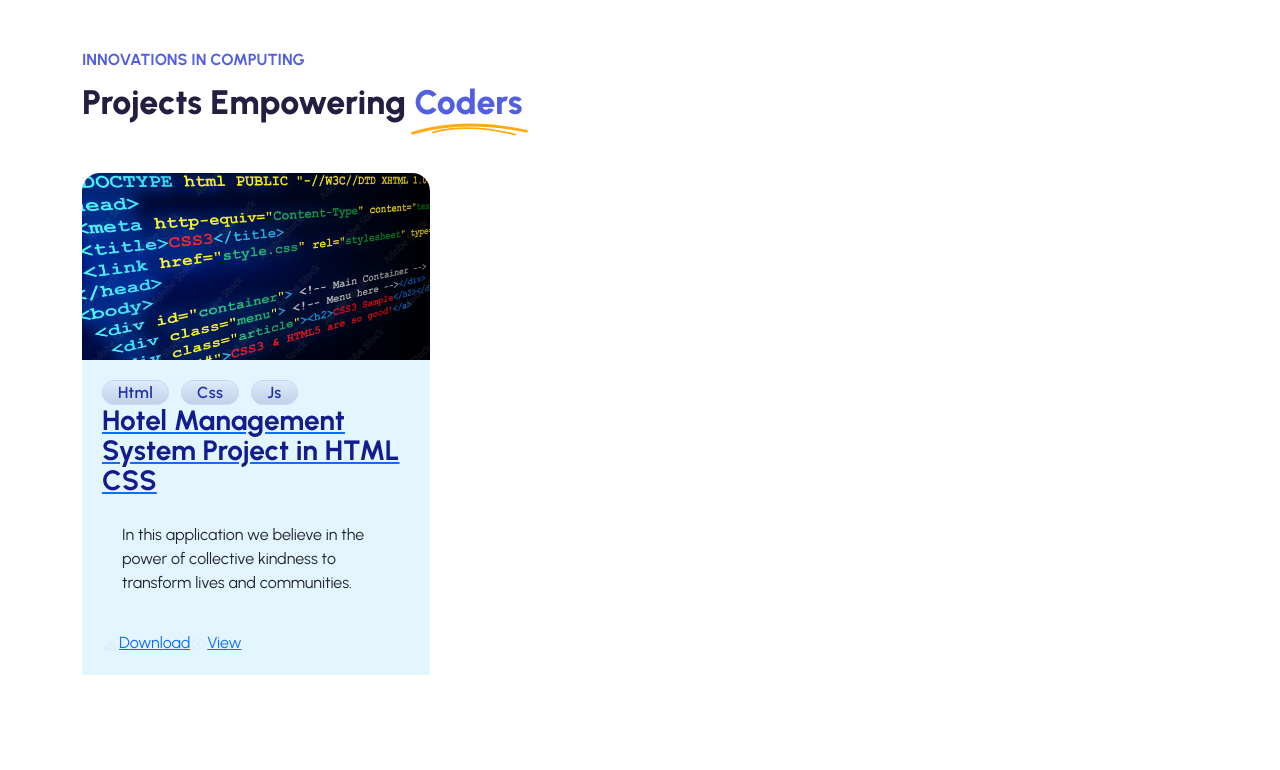
Repository: sharma171/jtccreativeideas
Page: /newsection (app in nextjssite/)
The author's editor kept a copy of each file at every save. The page is drawn from the files as they stood at one save, then again after the next save.
The browser window is 1280 px wide. The pictures show the whole page.
The project was rebuilt for these pictures with package versions that can differ from the ones it lists, and the page was loaded fresh each time. The framework's server and built-in components were replaced by stand-ins that run in the browser. Also part of the build but not shown: nextjssite/next.config.mjs.

Above is the page before, as saved 2024-03-28 14:09:41.

After the next save:
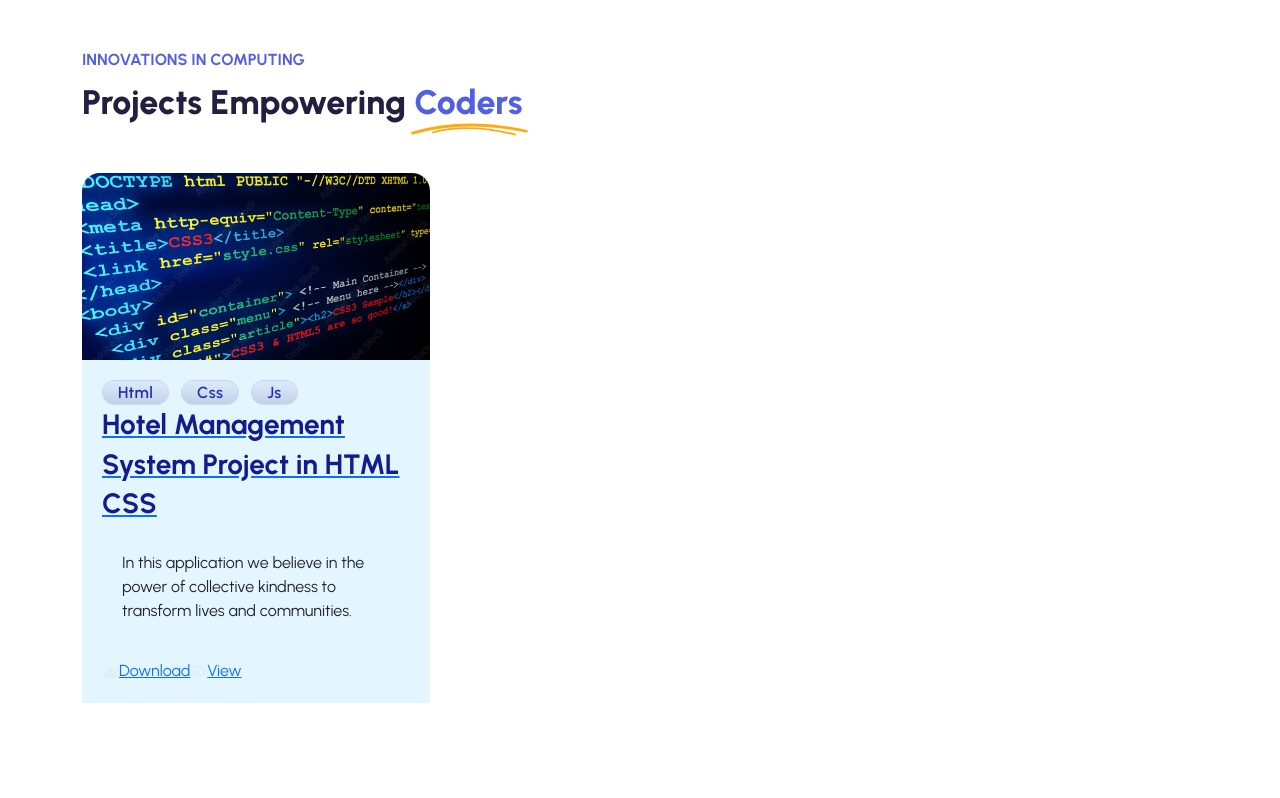
Saved 39 s later.
--- a/nextjssite/src/app/newsection/page.css
+++ b/nextjssite/src/app/newsection/page.css
@@ -83,7 +83,7 @@ section.projects {
 }
 .project-cards li .card-inner .info .heading {
     font-style: 24px;
-    line-height: 30px;
+    line-height: 1.4em;
     font-weight: 700;
     color: #111D8F;
 }
